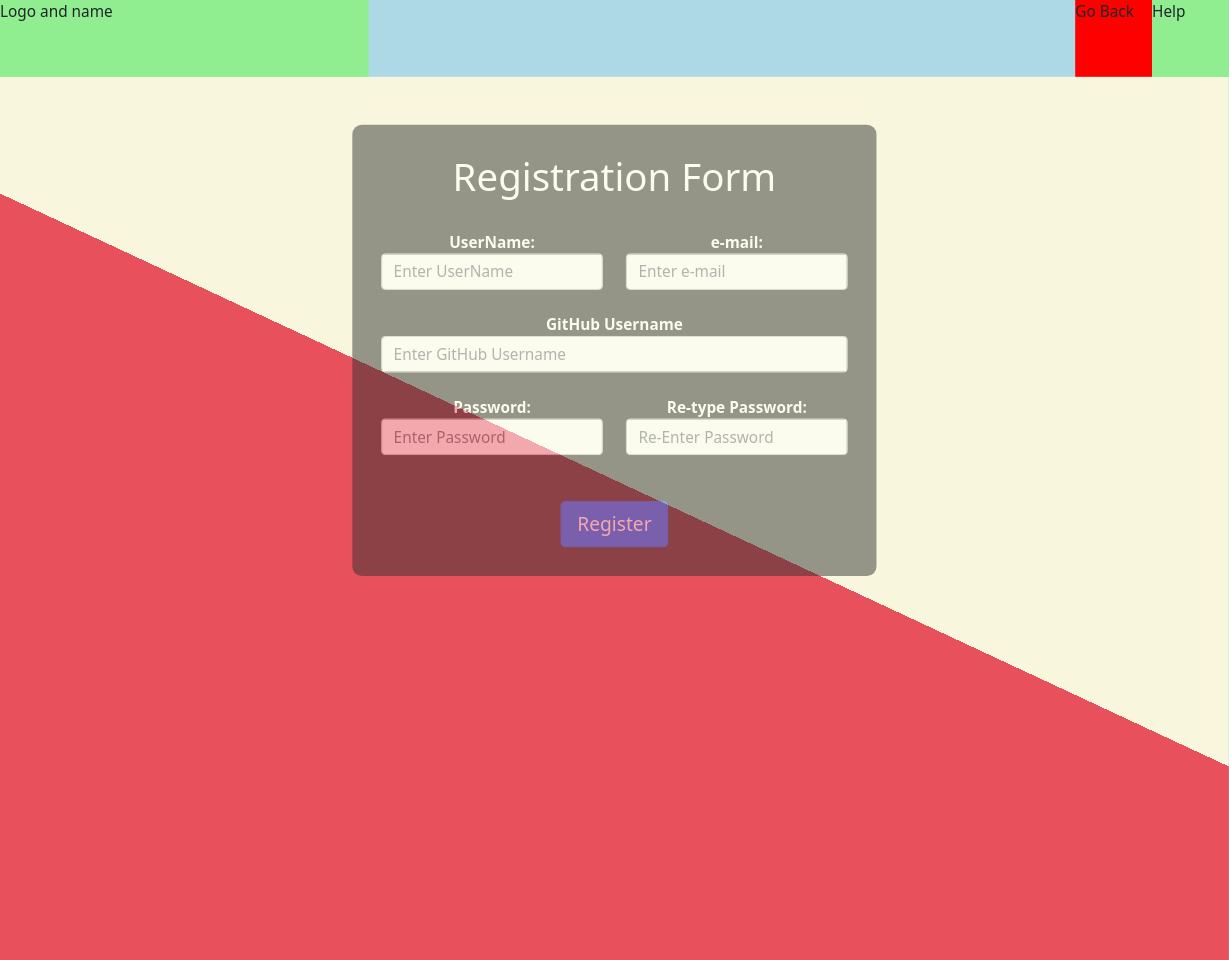
Repository: poornasyamasundar/Software-Project-Manager
Page: SoftwareManager/Templates/register.html
These files come from the project's save history. The page is drawn as it stood at one moment and after the next save; the edit follows.
The browser window is 1280 px wide. The pictures show the whole page, at 96% of full size.

Above is the page before, as saved 2021-10-19 11:35:51.

### SoftwareManager/Templates/register.html
<!DOCTYPE html>
<html>
	<head>
		<link href="https://cdn.jsdelivr.net/npm/bootstrap@5.0.2/dist/css/bootstrap.min.css" rel="stylesheet" integrity="sha384-EVSTQN3/azprG1Anm3QDgpJLIm9Nao0Yz1ztcQTwFspd3yD65VohhpuuCOmLASjC" crossorigin="anonymous">
		<link rel = 'stylesheet' href = 'register.css'>
		<title>
			Registration Page
		</title>
	</head>
	<body>
		<div id = 'homeMenu'>
			<div id = 'logo'>Logo and name</div>
			<div id = 'help'>Help</div>
			<div id = 'goback'>Go Back</div>
		</div>
		<!-- <div id = 'registrationbox'>
			<div id = 'loginlogo'>
				logo
			</div>
			<div id = 'name'>
				Name
			</div>
			<div id = 'email'>
				Email
			</div>
			<div id = 'github'>
				Github username
			</div>
			<div id = 'username'>
				username
			</div>
			<div id = 'password'>
				password
			</div>
			<div id = 'register'>
				register
			</div>
		</div> -->



		<div class="container">
			<div class="row">
			  <div class="col-lg-3"></div>

			  <div class="col-lg-6">
				<div id="ui">
				  <h1 align ="center">Registration Form</h1>
				  <br/>
				  <form class="form-group text-center" action="" method="POST">
					<div class="row">
					  <div class="col-lg-6">
						<label for="">UserName: </label>
						<input type="text" name="name" class="form-control" placeholder="Enter UserName">
					  </div>

						<div class="col-lg-6">
						  <label for="">e-mail: </label>
						  <input type="text" name="name" class="form-control" placeholder="Enter e-mail">
						</div>
					</div>
					<br>
					<label>GitHub Username</label>
					<input type="text" name="reason" class="form-control" placeholder="Enter GitHub Username">
					<br>
					<div class="row">
						<div class="col-lg-6">
						  <label for="">Password: </label>
						  <input type="text" name="name" class="form-control" placeholder="Enter Password">
						</div>

						  <div class="col-lg-6">
							<label for="">Re-type Password: </label>
							<input type="text" name="name" class="form-control" placeholder="Re-Enter Password">
						  </div>
					  </div>
					<br>
					<br>
					<input type="submit" name="submit" value="Register" class="btn btn-primary btn-lg">
				  </form>
				</div>
			  </div>

			  <div class="col-lg-3"></div>
			</div>
		  </div>
		  <script src="https://cdn.jsdelivr.net/npm/bootstrap@5.0.2/dist/js/bootstrap.bundle.min.js" integrity="sha384-MrcW6ZMFYlzcLA8Nl+NtUVF0sA7MsXsP1UyJoMp4YLEuNSfAP+JcXn/tWtIaxVXM" crossorigin="anonymous"></script>

	</body>
</html>

### SoftwareManager/Templates/register.css
body
{
	background-color: lightpink;
}
#homeMenu
{
	width: 100%;
	height: 80px;
	background-color: lightblue;
}
#logo
{
	width: 30vw;
	height: 80px;
	display: inline-block;
	background-color: lightgreen;
}
#goback
{
	width: 80px;
	height: 80px;
	display: inline-block;
	float: right;
	background-color: red;
}
#help
{
	width: 80px;
	height: 80px;
	display: inline-block;
	float: right;
	background-color: lightgreen;
}
#registrationbox
{
	height: 400px;
	width: 300px;
	background-color: orange;
	position: absolute;
	top: 0;
	bottom: 0;
	left: 0;
	right: 0;
	margin: auto;
}
#loginlogo
{
	height: 70px;
	width: 250px;
	background-color: lightgreen;
	margin: auto;
	margin-top: 20px;
}
#username, #password, #name, #email, #github
{
	height: 30px;
	width: 250px;
	background-color: lightgreen;
	margin: auto;
	margin-top: 20px;
}
#register
{
	height: 30px;
	width: 100px;
	background-color: lightgreen;
	margin: auto;
	margin-top: 30px;
}

body {
	background-color: #4BDBC3;
	background-image: -webkit-linear-gradient(65deg, #E8505B 50%, #F8F7DE 50%);
	min-height: 1000px;
  }

  #ui {
	background-color: #333;
	padding: 30px;
	margin-top: 50px;
	border-radius: 10px;
	opacity: 0.5;
	font-weight: bold;
  }

  #ui label,
  h1 {
	color: #fff;
  }

After the next save:
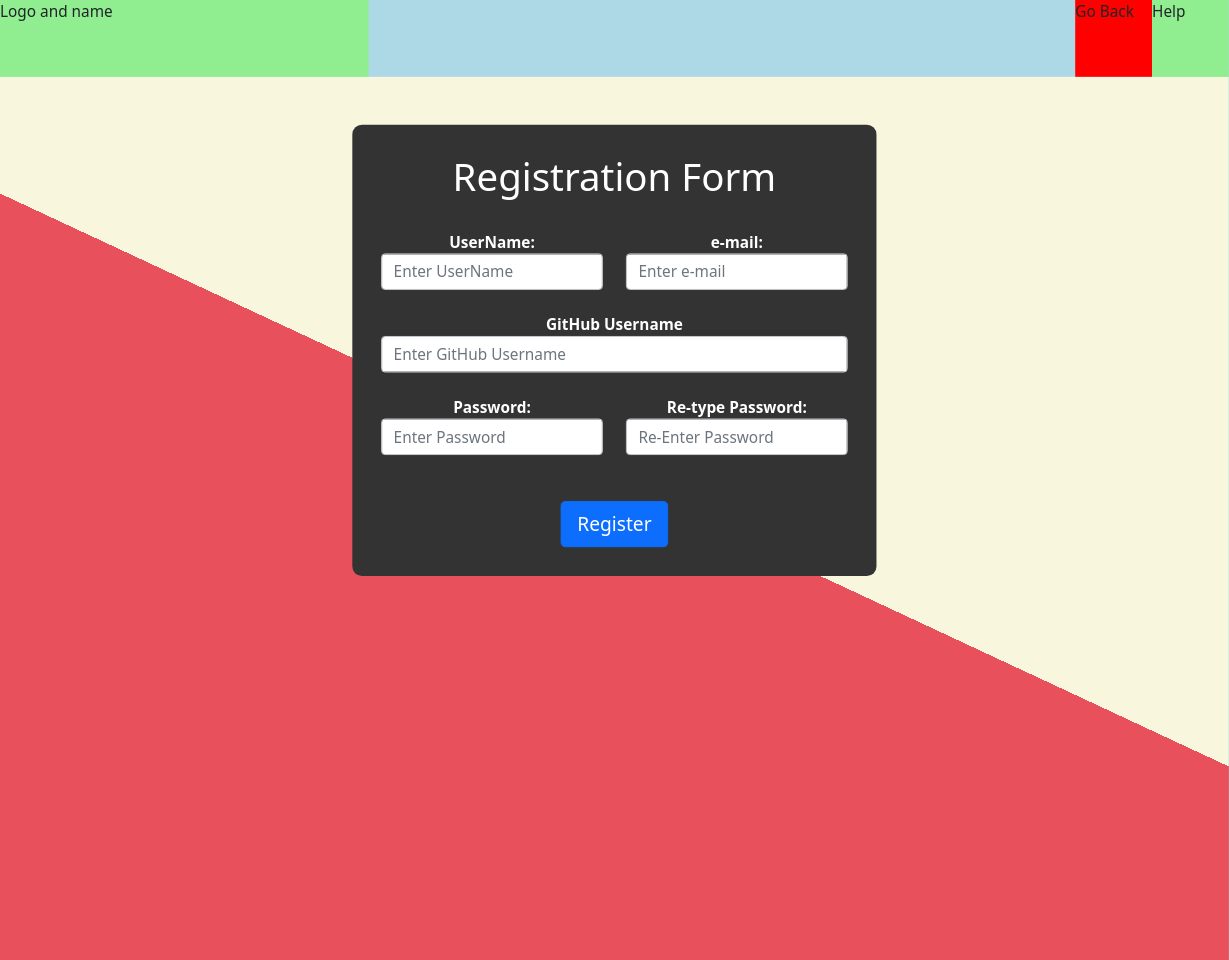
Saved 8 s later.
--- a/SoftwareManager/Templates/register.css
+++ b/SoftwareManager/Templates/register.css
@@ -79,7 +79,7 @@ body {
 	padding: 30px;
 	margin-top: 50px;
 	border-radius: 10px;
-	opacity: 0.5;
+	opacity: 1.0;
 	font-weight: bold;
   }
 
